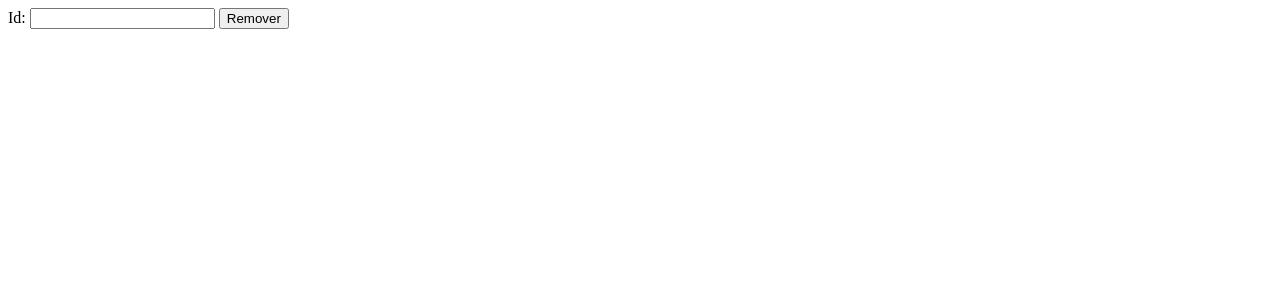
Repository: lmsmorais/ProjectEpiousion
Page: http://localhost/LibraryProject/removerLivro.jsp
These files come from the project's save history. The page is drawn as it stood at one moment and after the next save; the edit follows.
The browser window is 1280 px wide. The pictures show the whole page.
The page is served by Tomcat 9. Other server files are loaded and not shown.

Above is the page before, as saved 2020-11-12 22:21:55.

### LibraryProject/WebContent/removerLivro.jsp
<%@ page language="java" contentType="text/html; charset=ISO-8859-1"
    pageEncoding="ISO-8859-1"%>
<!DOCTYPE html>
<html>
<head>
<meta charset="ISO-8859-1">
<title>Remover Livro</title>
</head>
<body>
	<form method="post" action="RemoverLivroServlet">
		Id: <input type="text" name="id"/>
		<input type="submit" value="Remover"/>
	</form>
</body>
</html>

After the next save:
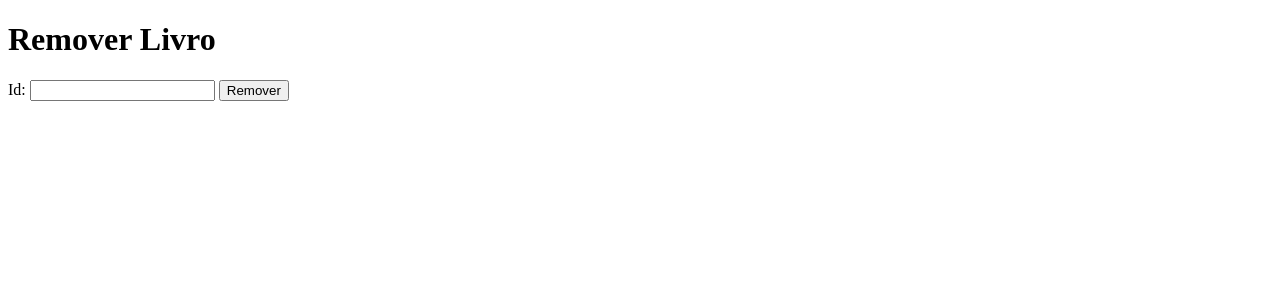
Saved 14 s later.
--- a/LibraryProject/WebContent/removerLivro.jsp
+++ b/LibraryProject/WebContent/removerLivro.jsp
@@ -7,6 +7,7 @@
 <title>Remover Livro</title>
 </head>
 <body>
+<h1>Remover Livro</h1>
 	<form method="post" action="RemoverLivroServlet">
 		Id: <input type="text" name="id"/>
 		<input type="submit" value="Remover"/>
